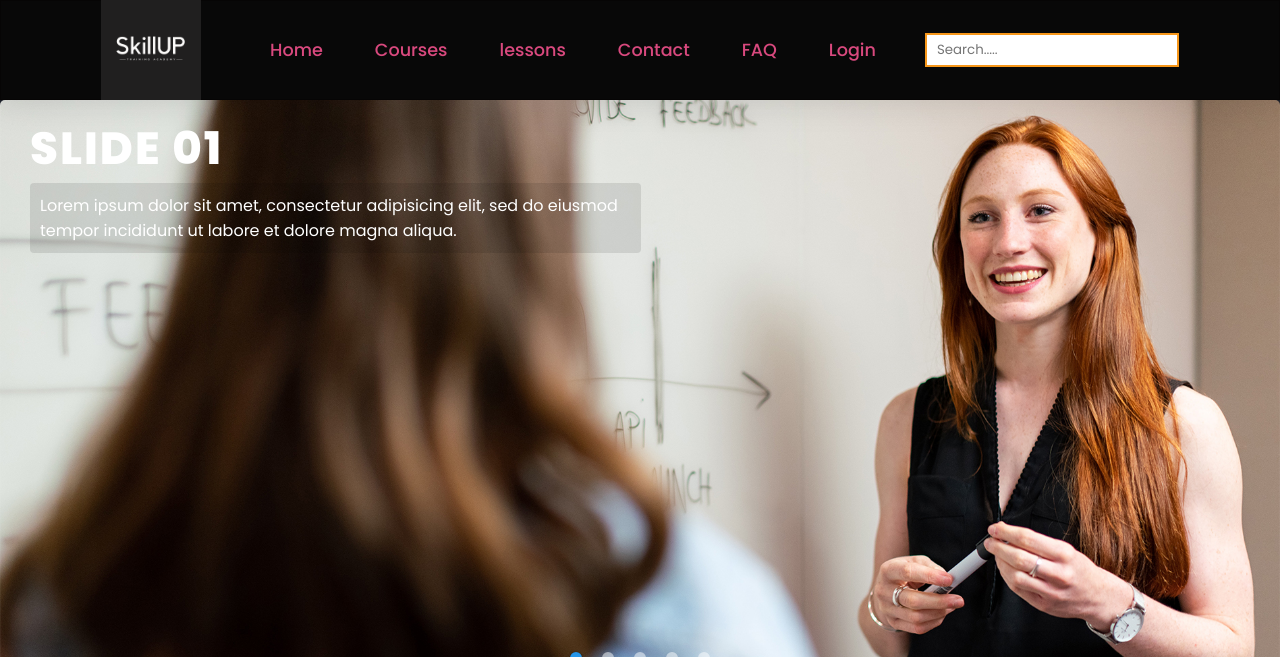
Repository: 2tzz/SkillUp-Academy
Page: home.html
These files come from the project's save history. The page is drawn as it stood at one moment and after the next save; the edit follows.
The browser window is 1280 px wide. The pictures show the part of the page from y = 0 to 657 px (the page is 1455 px tall).
A picture or video elsewhere on the page could not be fetched, so the positions and the page height are approximate. Some web fonts or font styles are not loaded; a fallback is used.

Above is the page before, as saved 2022-10-22 23:49:15.

After the next save:
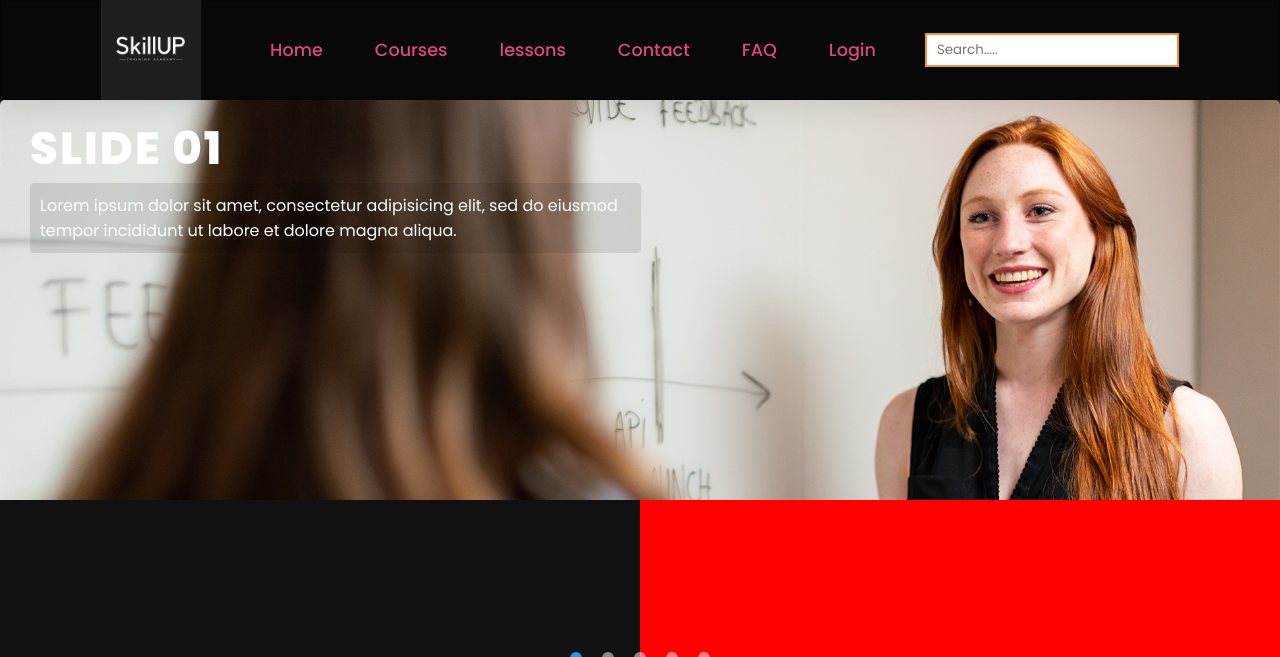
Saved 59 s later.
--- a/CSS/home.css
+++ b/CSS/home.css
@@ -196,7 +196,7 @@ position: relative;
     width: 50%;
     position: fixed;
     z-index: 1;
-    top: 1080px;
+    top: 500px;
     overflow-x: hidden;
     padding-top: 20px;
   }
